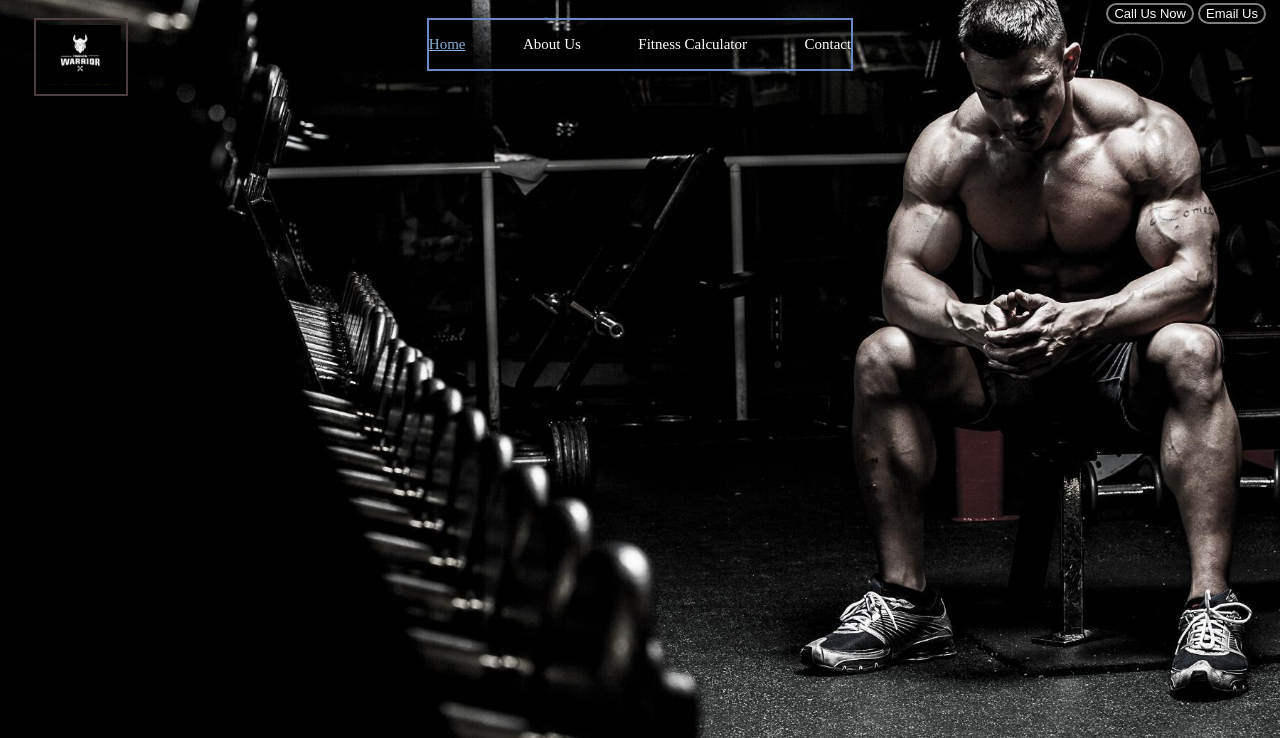
Repository: asthaasquare/project-1
Page: project-1/index.html
An editor plug-in stored every save of this project. The page is shown before and after the next save, followed by the edit.
The browser window is 1280 px wide. The pictures show the whole page.
The pointer rests on the first visible `.btn`.

Above is the page before, as saved 2024-05-09 16:52:40.

After the next save:
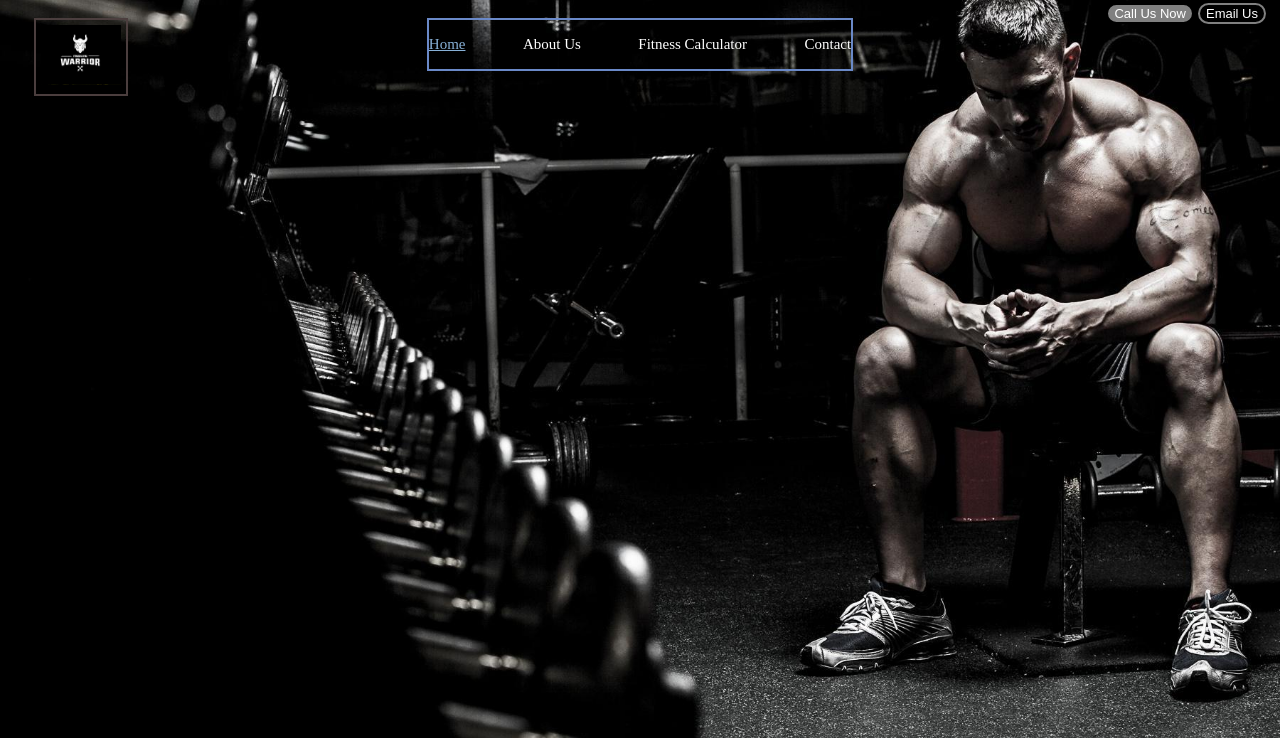
Saved 11 s later.
--- a/project-1/index.html
+++ b/project-1/index.html
@@ -93,6 +93,11 @@
       transition: background-color 0.3s, border-color 0.3s;
 
     }
+
+    .btn:hover {
+  background-color: grey; /* Change background color on hover */
+  border-color: black; /* Change border color on hover */
+}
   </style>
 </head>
 <link rel="stylesheet" href="css/style.css" />
